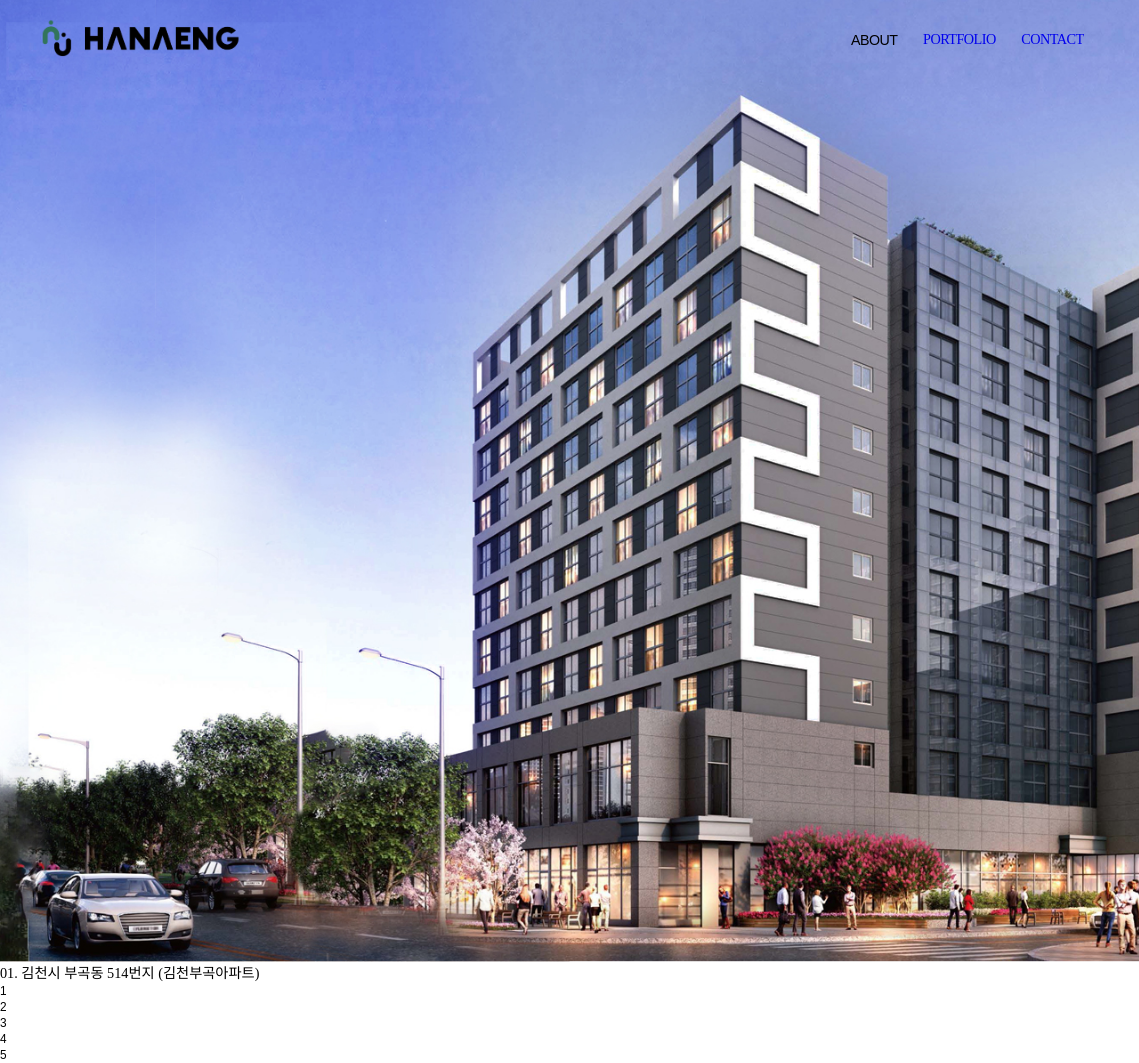
Repository: makeditWeb/hanaenc
Page: main.html
These files come from the project's save history. The page is drawn as it stood at one moment and after the next save; the edit follows.
The browser window is 1280 px wide. The pictures show the whole page, at 89% of full size.
Some web libraries are served in a nearby version.

Above is the page before, as saved 2023-07-05 17:17:11.

After the next save:
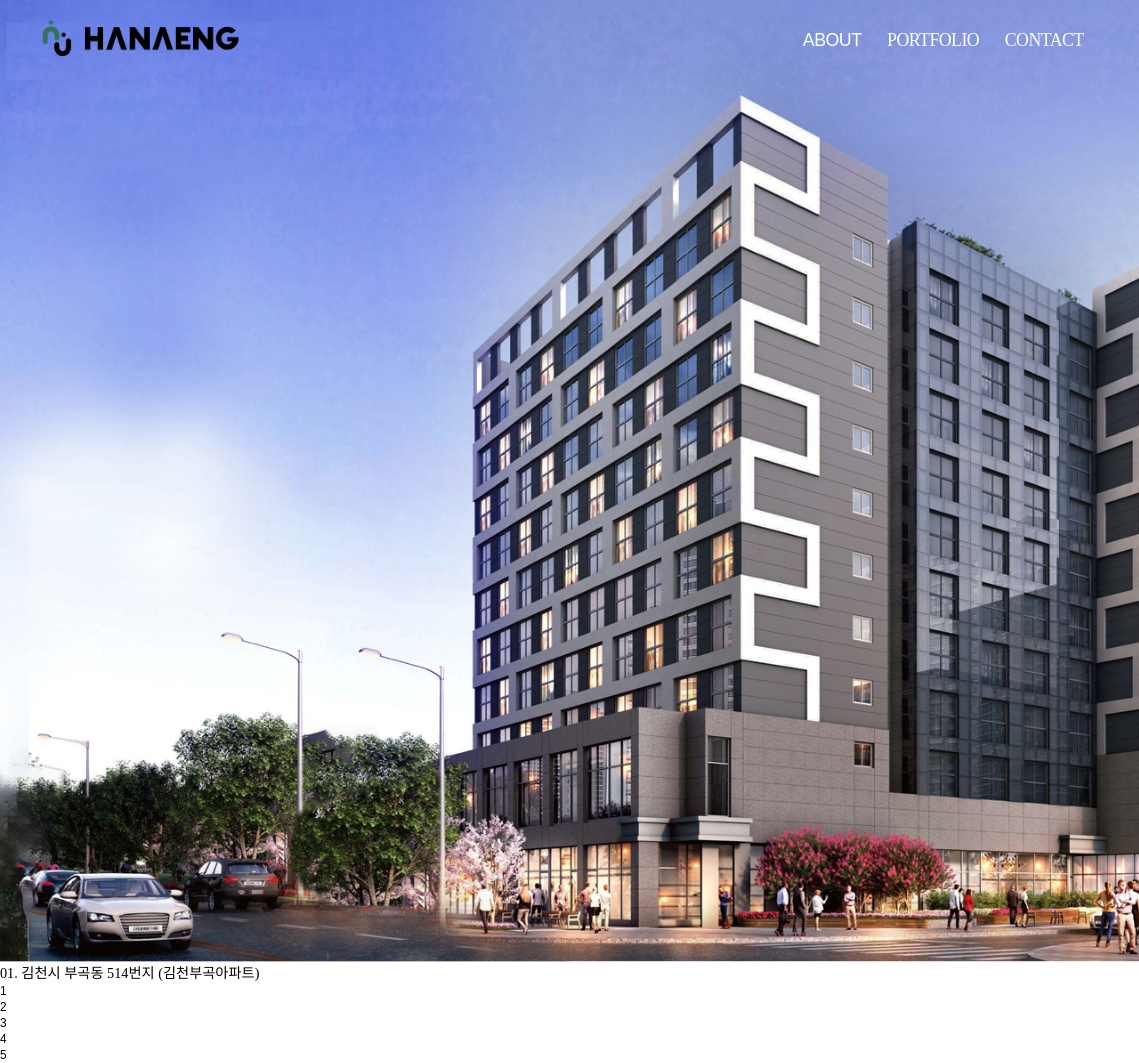
Saved 7 min 12 s later.
--- a/css/style.css
+++ b/css/style.css
@@ -16,6 +16,72 @@
         rgba(0, 0, 0, 0.08) 0px 0px 0px 1px;
 }
 
+
+@font-face {
+    font-family: 'Pretendard-Thin';
+    src: url('../font/Pretendard-Thin.woff') format('woff'),
+        url('../font/Pretendard-Thin.woff2') format('woff2');
+    font-weight: 100;
+    font-style: normal;
+}
+
+@font-face {
+    font-family: 'Pretendard-ExtraLight';
+    src: url('../font/Pretendard-ExtraLight.woff') format('woff'),
+    url('../font/Pretendard-ExtraLight.woff2') format('woff2');
+    font-weight: 200;
+    font-style: normal;
+}
+
+@font-face {
+    font-family: 'Pretendard-Light';
+    src: url('../font/Pretendard-Light.woff') format('woff'),
+    url('../font/Pretendard-Light.woff2') format('woff2');
+    font-weight: 300;
+    font-style: normal;
+}
+
+@font-face {
+    font-family: 'Pretendard-Regular';
+    src: url('../font/Pretendard-Regular.woff') format('woff'),
+    url('../font/Pretendard-Regular.woff2') format('woff2');
+    font-weight: 400;
+    font-style: normal;
+}
+
+@font-face {
+    font-family: 'Pretendard-Medium';
+    src: url('../font/Pretendard-Medium.woff') format('woff'),
+    url('../font/Pretendard-Medium.woff2') format('woff2');
+    font-weight: 500;
+    font-style: normal;
+}
+
+@font-face {
+    font-family: 'Pretendard-SemiBold';
+    src: url('../font/Pretendard-SemiBold.woff') format('woff'),
+    url('../font/Pretendard-SemiBold.woff2') format('woff2');
+    font-weight: 600;
+    font-style: normal;
+}
+
+@font-face {
+    font-family: 'Pretendard-Bold';
+    src: url('../font/Pretendard-Bold.woff') format('woff'),
+    url('../font/Pretendard-Bold.woff2') format('woff2');
+    font-weight: 700;
+    font-style: normal;
+}
+
+@font-face {
+    font-family: 'Pretendard-ExtraBold';
+    src: url('../font/Pretendard-ExtraBold.woff') format('woff'),
+    url('../font/Pretendard-ExtraBold.woff2') format('woff2');
+    font-weight: 800;
+    font-style: normal;
+}
+
+
 body {
     font-family: inherit;
 
@@ -95,17 +161,15 @@
 }
 
 .menu-bar .nav-link {
-    font-size: 1rem;
+    font-size: 20px;
     font-weight: 500;
     letter-spacing: -0.6px;
     padding: 0.3rem;
     min-width: 60px;
     margin: 0 0.6rem;
-}
-
-.menu-bar .nav-link a{
     color: #fff;
 }
+
 
 .menu-bar .nav-link:hover,
 .dropdown-link:hover {
